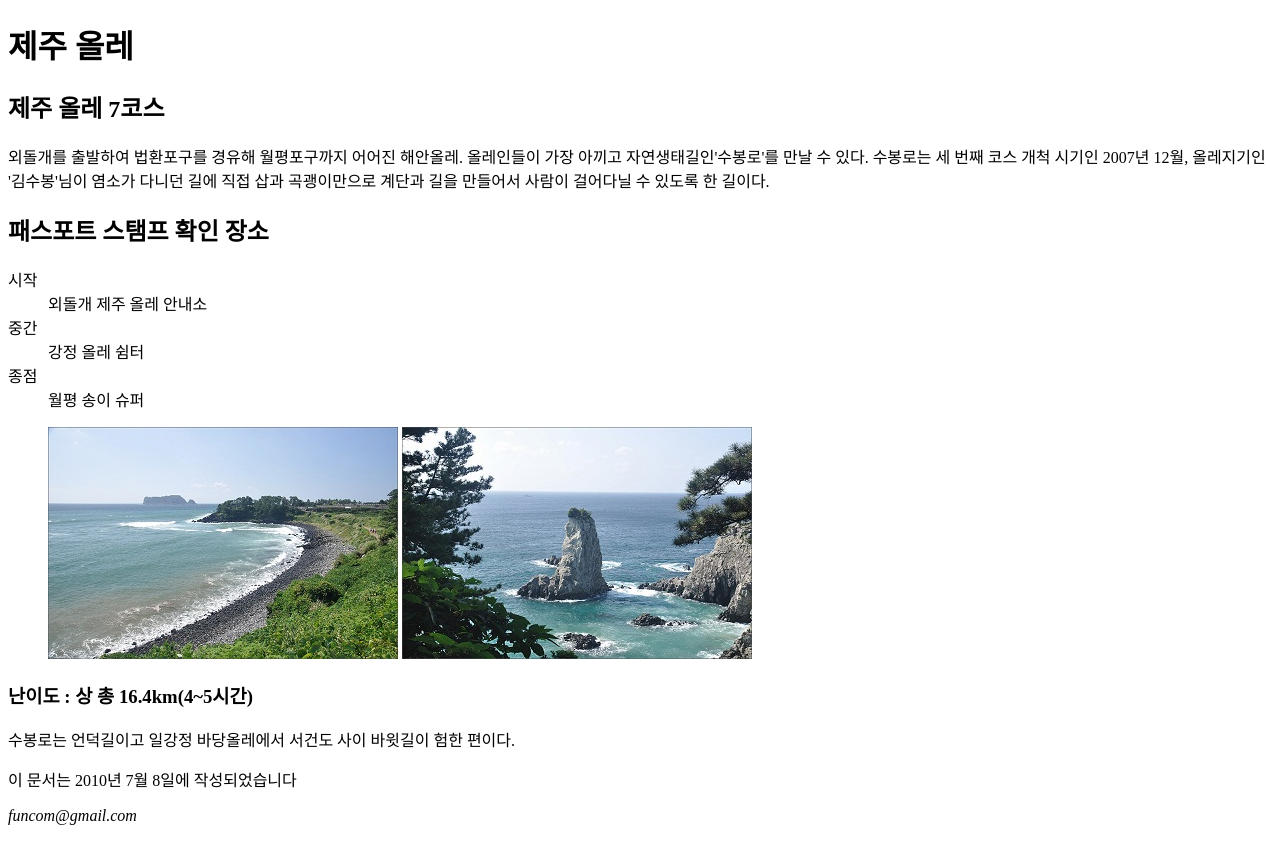
Repository: jinaa11/Kcc_Web
Page: Html/WebContent/sample2.html
An editor plug-in stored every save of this project. The page is shown before and after the next save, followed by the edit.
The browser window is 1280 px wide. The pictures show the whole page.

Above is the page before, as saved 2024-07-08 07:32:06.

After the next save:
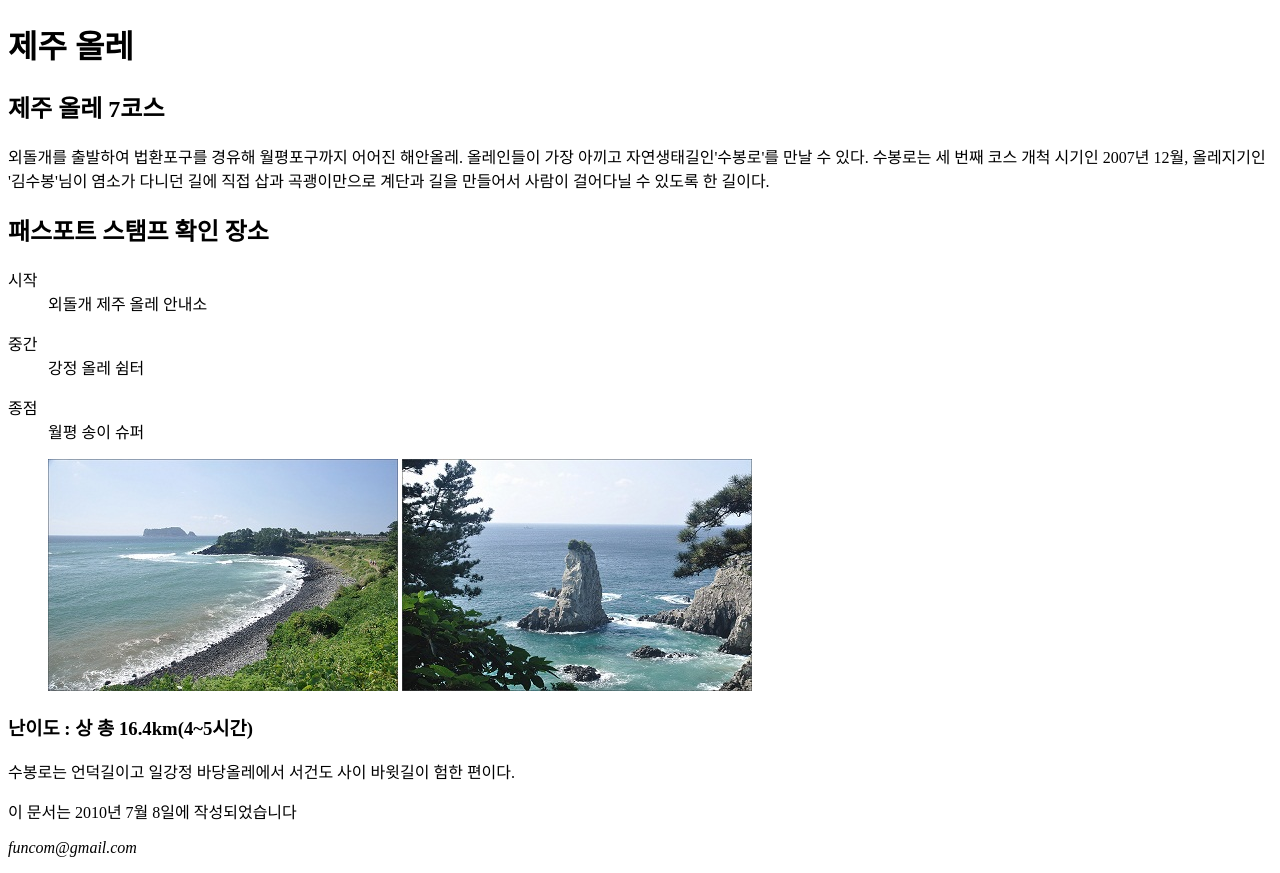
Saved 29 s later.
--- a/Html/WebContent/sample2.html
+++ b/Html/WebContent/sample2.html
@@ -26,8 +26,12 @@
 		<dl>
 			<dt>시작</dt>
 			<dd>외돌개 제주 올레 안내소</dd>
+		</dl>
+		<dl>
 			<dt>중간</dt>
 			<dd>강정 올레 쉼터</dd>
+		</dl>
+		<dl>
 			<dt>종점</dt>
 			<dd>월평 송이 슈퍼</dd>
 		</dl>
